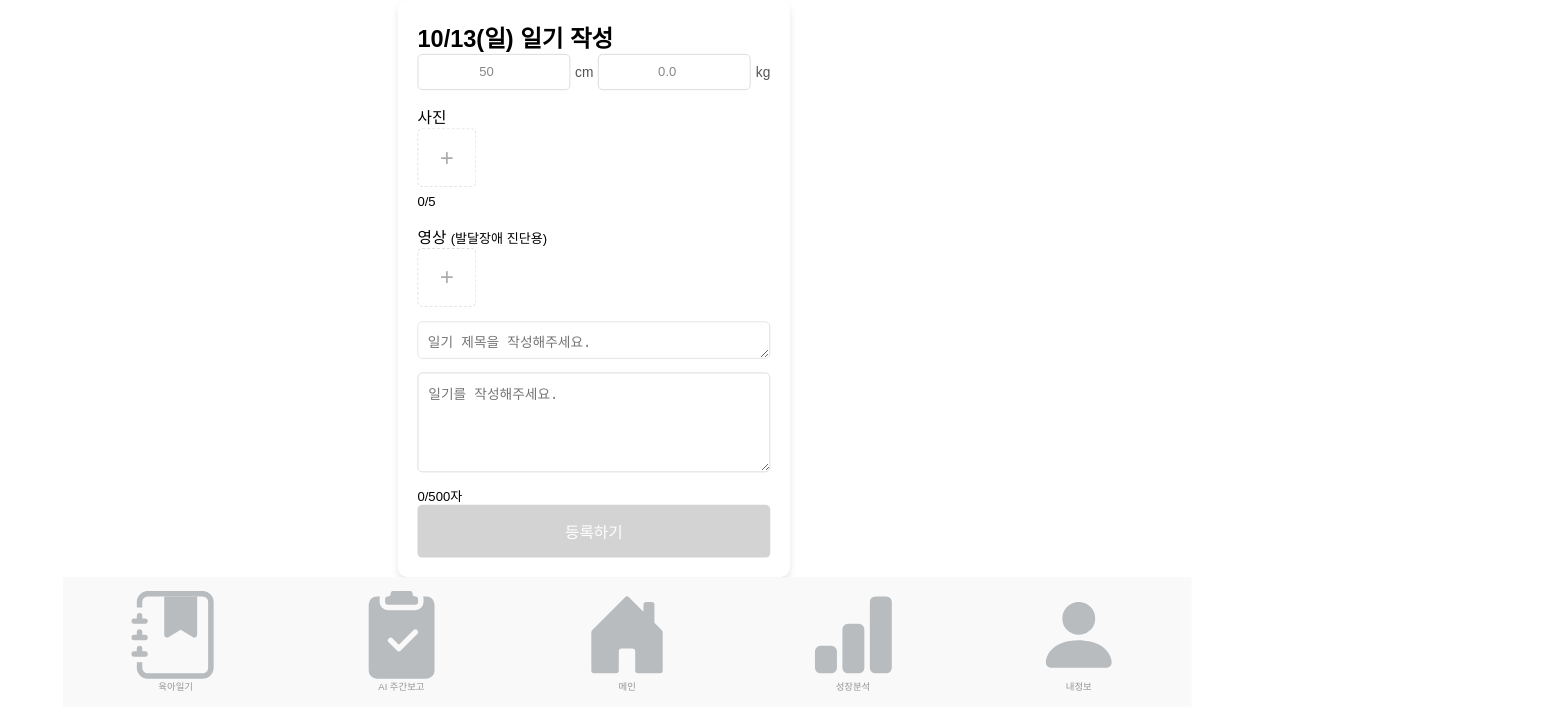
Repository: fromBirth/frombirth-frontend
Page: /babydiary/register
The author's editor kept a copy of each file at every save. The page is drawn from the files as they stood at one save, then again after the next save.
The browser window is 1280 px wide. The page is 1280 px wide, then 1592 px, so the pictures cover 1592 px, including what lies to the right of the window. The pictures show the whole page, at 98% of full size.
Some web fonts or font styles are not loaded; a fallback is used. The project was rebuilt for these pictures with package versions that can differ from the ones it lists, and the page was loaded fresh each time. Also part of the build but not shown: vite.config.js.

Above is the page before, as saved 2024-10-30 12:16:19.

After the next save:
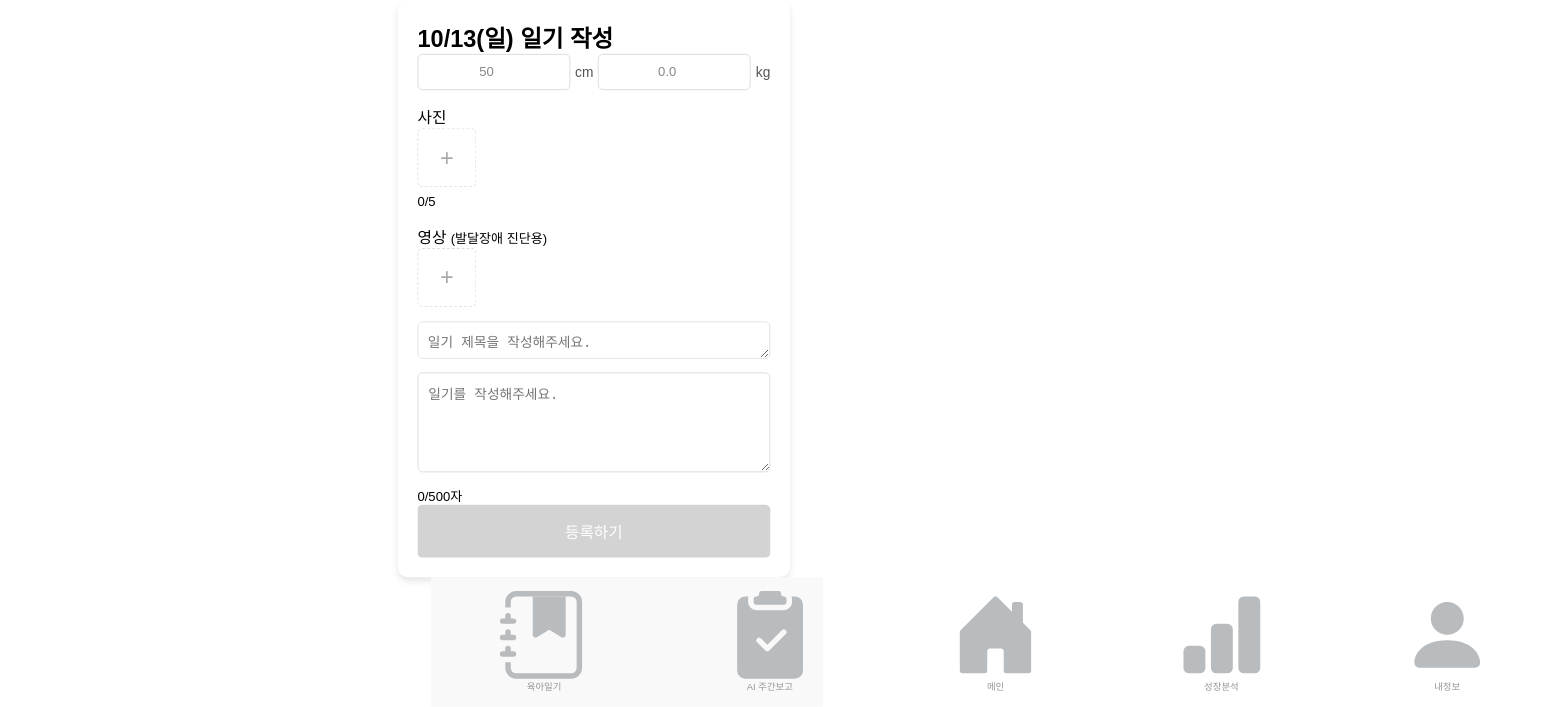
Saved 2 min 51 s later.
--- a/src/assets/styles/layout.css
+++ b/src/assets/styles/layout.css
@@ -16,8 +16,8 @@
 .layout .content .container .header .header-dropdown { font-size: 14px; color: gray; }
 
 /* footer */
-.layout .footer { background-color: #F9F9F9; text-align: center; }
-.layout .footer .footer-nav { display: flex; justify-content: space-around; }
+.layout .footer { background-color: #F9F9F9; text-align: center; display: flex; justify-content: center; }
+.layout .footer .footer-nav { display: flex; justify-content: space-around; width: 100%; max-width: 400px; }
 .layout .footer .footer-nav .nav-item { display: flex; flex-direction: column; justify-content: center; color: #949598; font-size: 0.6em; min-width: 12vw; margin: 1vh 3vw; padding: 1vh 1vw; }
 .layout .footer .footer-nav .nav-item.btn-active { background-color: #FE8A3C1F; color: #FF893C; border-radius:9px; }
 .layout .footer .footer-nav .nav-item svg { margin: auto; width: 7vw; }
